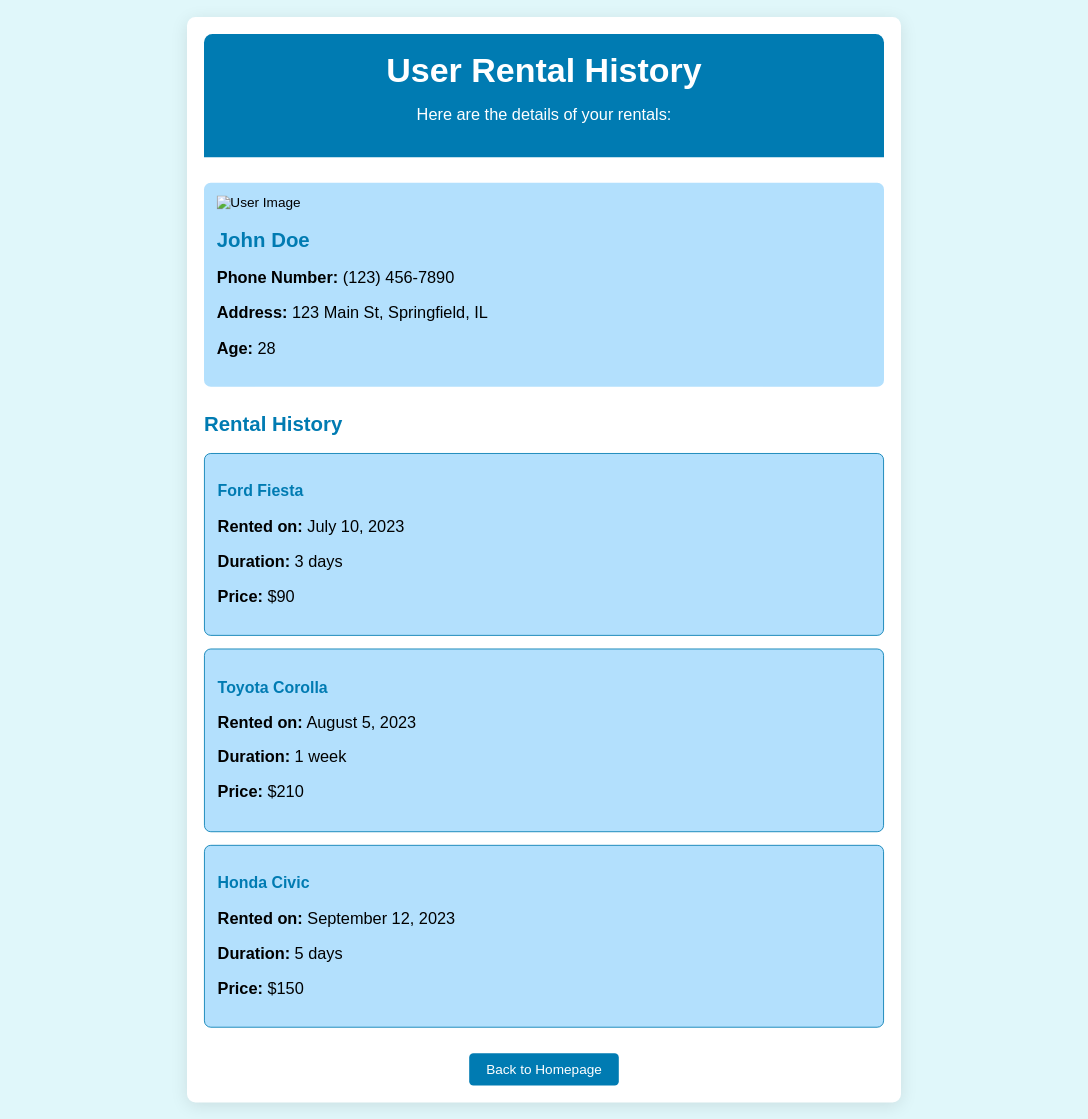
Repository: singrohaanvi/project-fee
Page: fee/user_history/index.html
An editor plug-in stored every save of this project. The page is shown before and after the next save, followed by the edit.
The browser window is 1280 px wide. The pictures show the whole page, at 85% of full size.

Above is the page before, as saved 2024-10-22 19:53:36.
Not found: fee/user_history/path/to/user-image.jpg

After the next save:
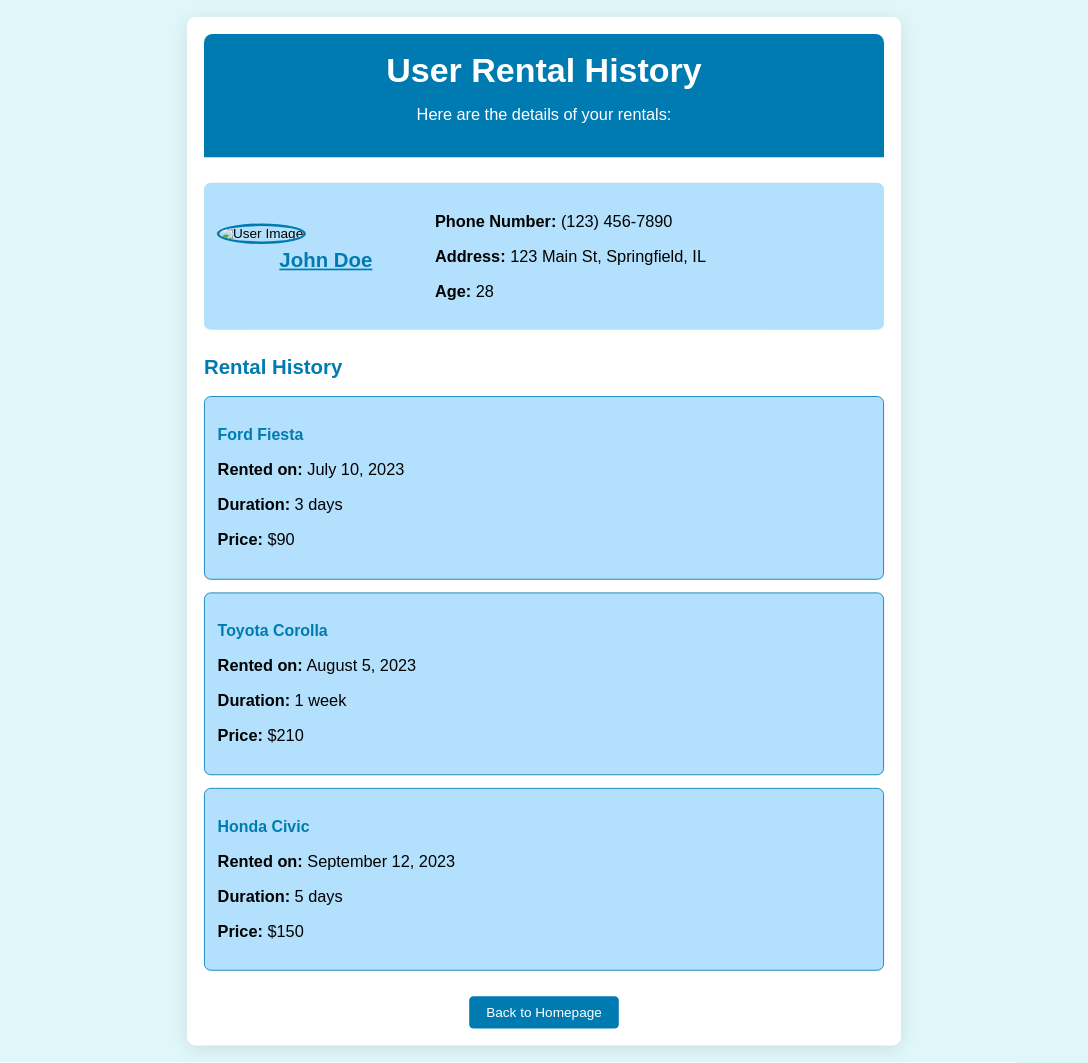
Saved 10 s later.
--- a/fee/user_history/styles.css
+++ b/fee/user_history/styles.css
@@ -36,10 +36,31 @@ p {
     background-color: #b3e0fd;
     padding: 15px;
     border-radius: 8px;
+    display: flex;
+    align-items: center;
+    justify-content: space-between;
 }
 
-.user-details h2 {
+.user-info {
+    flex: 1;
+}
+
+.user-image {
+    width: 100px; /* Adjust as needed */
+    height: 100px; /* Adjust as needed */
+    border-radius: 50%;
+    border: 3px solid #007bb2;
+}
+
+.user-name {
     color: #007bb2;
+    text-align: center;
+    text-decoration: underline;
+    margin-top: 5px;
+}
+
+.user-info-details {
+    flex: 2;
 }
 
 .car-history {
